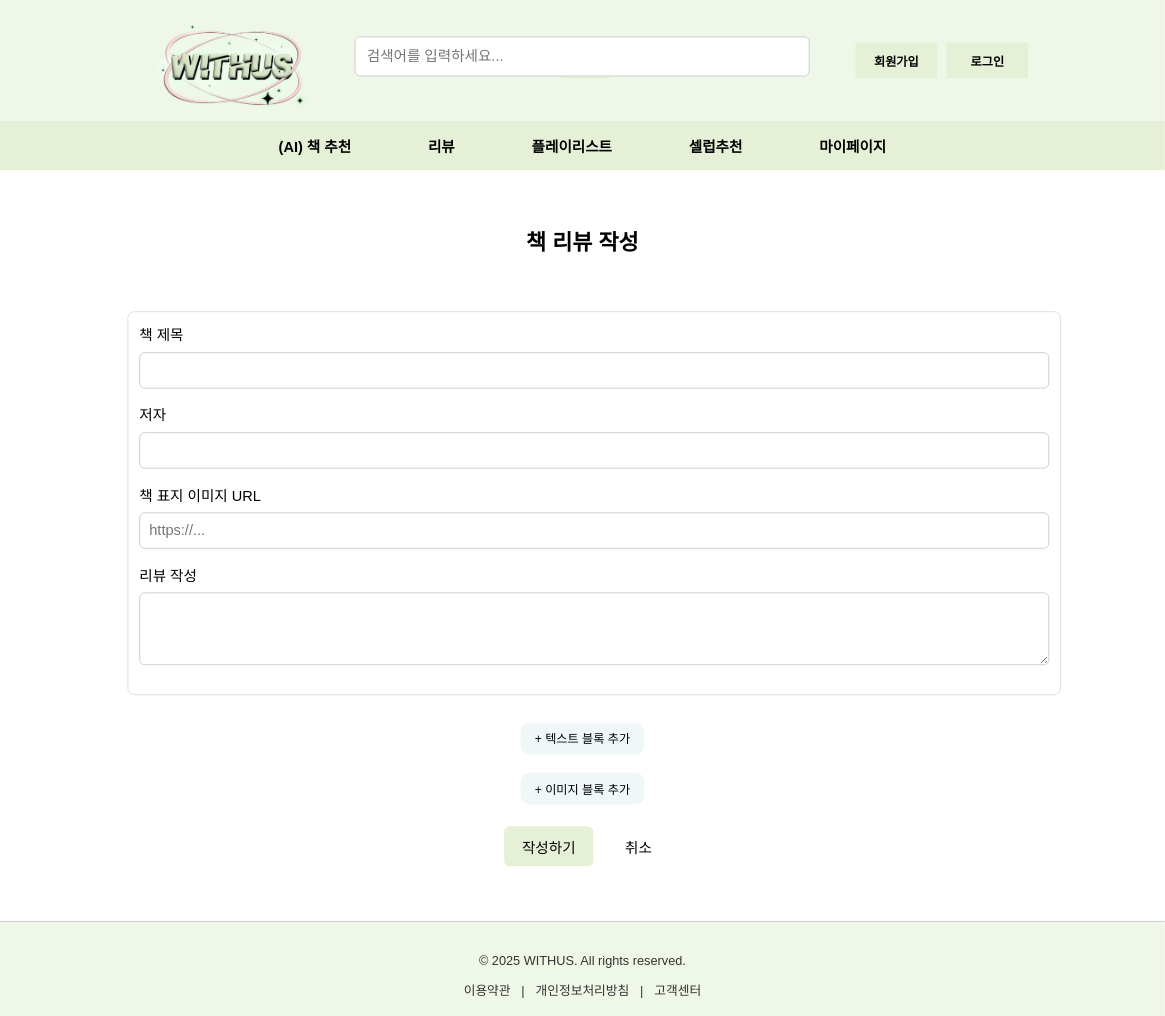
Repository: book-recommendation-team/book_recommendation_web_project
Page: http://localhost/2025_teamproject/reviewForm.jsp
An editor plug-in stored every save of this project. The page is shown before and after the next save, followed by the edit.
The browser window is 1280 px wide. The pictures show the whole page, at 91% of full size.
The page is served by Tomcat 9. Other server files are loaded and not shown.

Above is the page before, as saved 2025-07-04 03:31:54.

### 2025_teamproject/src/main/webapp/reviewForm.jsp
<%@ page contentType="text/html; charset=UTF-8" language="java"%>
<!DOCTYPE html>
<html>
<link rel="stylesheet"
	href="https://cdnjs.cloudflare.com/ajax/libs/font-awesome/6.5.0/css/all.min.css" />
<link rel="stylesheet" href="./css/celebList.css" />
<%@ include file="css/main_css.jsp"%>
<%@ include file="./main2.jsp" %>
<link rel="icon" href="img/icon2.png" type="image/x-icon">
<head>
<title>리뷰 작성</title>
<style>
body {
	font-family: 'Arial', sans-serif;
	margin: 0;
	padding: 0;
	background-color: #fff;
}

.container {
	max-width: 1000px;
	margin: 30px auto;
	padding: 0 16px;
}

h2 {
	text-align: center;
	margin: 60px;
}

input[type="text"], input[type="file"], textarea {
	box-sizing: border-box;
	width: 100%;
	padding: 10px;
	margin-top: 8px;
	margin-bottom: 16px;
	border: 1px solid #ccc;
	border-radius: 6px;
	font-size: 1rem;
}

.editor-block {
	width: 100%;
	border: 1px solid #ddd;
	padding: 12px;
	border-radius: 8px;
	margin-bottom: 12px;
	background-color: #fff;
}

.editor-block textarea {
	resize: vertical;
	min-height: 80px;
}

.editor-block input[type="file"] {
	background-color: #f4f4f4;
}

.button-box {
	text-align: center;
	margin-top: 24px;
}

.button-box button {
	padding: 10px 20px;
	font-size: 1rem;
	border: none;
	border-radius: 6px;
	margin-left: 10px;
	cursor: pointer;
}

.submit-btn {
	background-color: #e6f0d7;
	color: black;
}

.cancel-btn {
	background-color: #fff;
	color: black;
}

.add-block-btn {
	display: block;
	margin: 0 auto 20px;
	padding: 8px 16px;
	border-radius: 10px;
	background-color: #eff7f8;
	color: black;
	border: none;
	cursor: pointer;
}
</style>
</head>
<body>
	<div class="container">
		<h2>책 리뷰 작성</h2>
		<form action="submitReview" method="post"
			enctype="multipart/form-data">
			<div id="editor-area">
				<div class="editor-block">
					<label>책 제목</label> <input type="text" name="title" required>
					<label>저자</label> <input type="text" name="author" required>
					<label>책 표지 이미지 URL</label> <input type="text" name="coverImageUrl"
						placeholder="https://..." required> <label>리뷰 작성</label>
					<textarea name="reviewText" required></textarea>
				</div>
			</div>
		</form>
	</div>


	<!-- 블록 추가 버튼 -->
	<div style="text-align: center; margin-bottom: 20px;">
		<button type="button" class="add-block-btn"
			onclick="addEditorBlock('text')">+ 텍스트 블록 추가</button>
		<button type="button" class="add-block-btn"
			onclick="addEditorBlock('image')">+ 이미지 블록 추가</button>
	</div>

	<div class="button-box">
		<button type="submit" class="submit-btn">작성하기</button>
		<button type="button" class="cancel-btn" onclick="history.back()">취소</button>
	</div>
	</form>
	</div>

	<footer>
		<div class="footer-container">
			<p>&copy; 2025 WITHUS. All rights reserved.</p>
			<div class="footer-links">
				<a href="#">이용약관</a> | <a href="#">개인정보처리방침</a> | <a href="#">고객센터</a>
			</div>
		</div>
	</footer>

	<script>
	let blockCount = 1;

	function addEditorBlock(type) {
		blockCount++;
		const editorArea = document.getElementById("editor-area");

		const blockDiv = document.createElement("div");
		blockDiv.className = "editor-block";

		if (type === "text") {
			blockDiv.innerHTML = `
				<label>텍스트 입력</label>
				<textarea name="contentBlock${blockCount}_text"></textarea>
			`;
		} else if (type === "image") {
			blockDiv.innerHTML = `
				<label>이미지 업로드</label>
				<input type="file" name="contentBlock${blockCount}_image" accept="image/*">
			`;
		} else {
			alert("알 수 없는 블록 타입입니다.");
			return;
		}

		editorArea.appendChild(blockDiv);
	}
	</script>
</body>
</html>

### 2025_teamproject/src/main/webapp/css/main_css.jsp
<%@ page language="java" contentType="text/html; charset=UTF-8"
    pageEncoding="UTF-8"%>
<!DOCTYPE html>
<style>
  /* 기본 스타일 (기존 유지) */
body {
    font-family: 'Arial', sans-serif;
    margin: 0;
    padding: 0;
    background-color: #fff;
}

header {
    display: flex;
    justify-content: space-between;
    align-items: center;
    background-color: #eff7e8;
    padding: 0px;
}

#logo img {
    width: 200px;
    height: auto;
    margin-left: 150px;
}

#logo a img {
    cursor: pointer;
}

#search-box {
    padding: 12px;
    width: 500px;
    border: 1px solid #ccc;
    position: absolute;
    left: 50%;
    transform: translateX(-50%);
}

.search-group {
    position: absolute;
    left: 50%;
    transform: translateX(-50%);
    display: flex;
    align-items: center;
}

#search-btn {
    background-color: #e6f0d7;
    border: none;
    padding: 10px 16px;
    margin-left: 8px;
    font-weight: bold;
    cursor: pointer;
    border-radius: 4px;
}

#search-btn:hover {
    background-color: #cce0b8;
}

#logout-btn,
#user-buttons button {
    background-color: #e6f0d7;
    border: none;
    padding: 10px 16px;
    cursor: pointer;
    width: 90px;
    font-weight: bold;
}

nav {
    background-color: #e6f0d7;
    text-align: center;
    padding: 15px 0;
}

nav a {
    text-decoration: none;
    margin: 0 40px;
    color: #000;
    font-weight: bold;
}

nav a:hover {
    text-decoration: underline;
}

#user-buttons {
    display: flex;
    gap: 10px;
    margin-right: 150px;
}

.banner {
    position: relative;
    width: 100%;
    height: 650px;
    overflow: hidden;
      background-color: transparent;
}

.banner img {
    position: absolute;
    top: 0;
    left: 0;
    width: 100%;
    height: 100%;
    object-fit: cover;
    object-position: center center;
    z-index: 1;
}

.banner-controls {
    position: absolute;
    bottom: 10px;
    right: 10px;
    z-index: 3;
    display: flex;
    gap: 6px;
}

.banner-controls button {
    background-color: rgba(255, 193, 7, 0.9);
    border: none;
    padding: 6px 8px;
    font-size: 14px;
    border-radius: 5px;
    cursor: pointer;
    color: #000;
    transition: background-color 0.3s ease;
}

.banner-controls button:hover {
    background-color: rgba(255, 160, 0, 0.95);
}

.section-title {
    background-color: #e6f0d7;
    display: flex;
    justify-content: center;
    flex-wrap: wrap;
    gap: 34px;
    padding: 18px 0;
     width: 100%;        /* ✅ 추가 */
    margin: 8px 0;      /* ✅ 가운데 정렬 제거 */
}

.section-title a {
    text-decoration: none;
    margin: 0 20px;
    color: #000;
    font-weight: bold;
}

.section-title a:hover {
    text-decoration: underline;
}

.main_list {
    padding: 20px;
    text-align: center;
}

 .tag-list {
    display: flex;
    justify-content: center;
    flex-wrap: wrap;
    gap: 12px;
    margin: 20px 0;
}

.tag-button {
    background-color: #e6f0d7; /* 기본 연그린 */
    border: 1px solid transparent;
    padding: 8px 16px;
    border-radius: 20px;
    font-size: 14px;
    color: #446b3c; /* 그린 계열 텍스트 */
    cursor: pointer;
    font-weight: 600;
    transition: background-color 0.3s, color 0.3s, border 0.3s;
    outline: none;
}

.tag-button:hover {
    background-color: #d0e6c5;             /* hover 시 약간 더 진한 그린 */
    color: #2e4f25;
}

.tag-button.active {
    background-color: #c0dab0;             /* 클릭됐을 때 조금 더 강조 */
    border: 1px solid #8cb78a;             /* 테두리도 자연스러운 초록 */
    color: #2e4f25;                        /* 글자도 어울리는 진한 그린 */
}

.tag-button:focus {
    outline: none;
    box-shadow: none;
}

/* 책 슬라이더 스타일 */
.book-carousel {
    position: relative;
    max-width: 1000px;
    margin: 0 auto 40px auto;
    overflow: hidden;
}

.carousel-window {
    width: 1000px;
    overflow: hidden;
    margin: 0 auto;
}

.carousel-track {
    display: flex;
    transition: transform 0.5s ease;
}

/* 이전/다음 버튼 - 위치 고정, 색상 조정 */
.carousel-btn {
    position: absolute;
    top: 50%;
    transform: translateY(-50%);
    font-size: 26px;
    background-color: #f3f8ef;
    border: none;
    color: #444;
    cursor: pointer;
    padding: 8px 12px;
    border-radius: 50%;
    z-index: 2;
    display: flex;
    align-items: center;
    justify-content: center;
    transition: background-color 0.3s, color 0.3s;
    user-select: none;
}

.carousel-btn:hover {
    background-color: #c8dfb5;
    color: #000;
}

.carousel-btn.prev {
    left: 10px;
}

.carousel-btn.next {
    right: 10px;
}

.book-item {
    flex: 0 0 25%;
    text-align: center;
    padding: 10px;
    box-sizing: border-box;
}

.book-item img {
    width: 180px;
    height: 260px;
    object-fit: cover;
    border-radius: 6px;
}

.book-info {
    margin-top: 8px;
}

.book-title {
    font-size: 14px;
    font-weight: bold;
    margin-top: 10px;
    color: #444;
}

.book-author {
    font-size: 12px;
    color: #666;
}

footer {
    background-color: #eff7e8;
    color: #333;
    padding: 20px 0;
    text-align: center;
    font-size: 14px;
    border-top: 1px solid #ccc;
    margin-top: 60px;
}

.footer-container {
    max-width: 1000px;
    margin: 0 auto;
}

.footer-links a {
    color: #333;
    text-decoration: none;
    margin: 0 8px;
}

.footer-links a:hover {
    text-decoration: underline;
}

 /* 이전/다음 버튼 스타일 */
#carousel-prev-btn, #carousel-next-btn {
    font-size: 18px;
    padding: 5px 12px;
    margin: 10px 5px 20px 5px;
    cursor: pointer;
    border: 1px solid #446b3c;
    background: white;
    color: #446b3c;
    border-radius: 4px;
}
#carousel-prev-btn:hover, #carousel-next-btn:hover {
    background-color: #446b3c;
    color: white;
}
#scrollToTopBtn {
  position: fixed;
  bottom: 150px;
  right: 40px;
  width: 66px; /* 이미지와 딱 맞게 약간 키움 */
  height: 66px;
  background-color: transparent;
  border: none;
  border-radius: 0;
  transform: rotate(45deg);
  box-shadow: 0 4px 8px rgba(0, 0, 0, 0.15); /* 그림자 더 작고 약하게 */
  cursor: pointer;
  display: flex;
  justify-content: center;
  align-items: center;
  z-index: 999;
  transition: all 0.3s ease;
  backdrop-filter: blur(10px);
  padding: 0;
  margin-top: 0px; /* margin-top 제거 또는 0으로 */
}

#scrollToTopBtn img {
  width: 100%;
  height: 100%;
  object-fit: contain;
  transform: rotate(-45deg);
  display: block;
  transition: transform 0.3s ease;
  position: relative;
  top: 0;
  left: 0;
}

#scrollToTopBtn:hover {
  transform: rotate(45deg) translateY(2px); /* 움직임도 줄임 */
  box-shadow: 0 6px 10px rgba(0, 0, 0, 0.2); /* 호버시 그림자도 작게 */
}

#scrollToTopBtn:hover img {
  transform: scale(1.05) rotate(-45deg);
}

</style>

### 2025_teamproject/src/main/webapp/main2.jsp
<%@ page language="java" contentType="text/html; charset=UTF-8" pageEncoding="UTF-8"%>
<!DOCTYPE html>
<html>
<head>
    <meta charset="UTF-8">
    <title>WITHUS</title>
    <%@ include file="css/main_css.jsp" %>
    <link rel="icon" href="img/icon2.png" type="image/x-icon">
</head>

<script src="https://cdn.jsdelivr.net/npm/swiper@11/swiper-bundle.min.js"></script>

<body>
<header>
 <div id="logo">
  <a href="main.jsp">
    <img src="img/logo.png" alt="로고">
  </a>
</div>

  <div class="search-group">
    <input type="text" id="search-box" placeholder="검색어를 입력하세요..." />
    <button id="search-btn">검색</button>
  </div>
  <div id="user-buttons">
    <button id="join-btn" onclick="location.href='join.jsp'">회원가입</button>
    <button id="login-btn" onclick="location.href='Login.jsp'">로그인</button>
  </div>
</header>

	<nav>
		<a href="#">(AI) 책 추천</a> <a
			href="${pageContext.request.contextPath}/reviewList">리뷰</a> <a
			href="#">플레이리스트</a> <a
			href="${pageContext.request.contextPath}/celebList">셀럽추천</a> <a
			href="#">마이페이지</a>
	</nav>
</body>
</html>

### 2025_teamproject/src/main/webapp/css/celebList.css
@charset "UTF-8";

body {
	font-family: 'Arial', sans-serif;
	margin: 0;
	padding : 0;
	background-color: #fff;
	padding: 0;
}

.container {
	max-width: 1200px;
	margin: 30px auto;
}

.grid {
	display: grid;
	grid-template-columns: repeat(auto-fill, minmax(220px, 1fr));
	gap: 30px;
}

.card {
	margin-top: 20px;
	position: relative;
	background-color: #fff;
	border-radius: 5px;
	overflow: hidden;
	box-shadow: 0 4px 10px rgba(0, 0, 0, 0.08);
	transition: transform 0.2s ease;
	text-decoration: none;
	color: #000;
}

.card:hover {
	transform: translateY(-2px);
}

.card img {
	width: 100%;
	height: 260px;
	object-fit: cover;
}

.card-content {
	padding: 12px 14px;
}

.card-title {
	font-size: 1rem;
	font-weight: bold;
	margin-bottom: 5px;
}

.card-desc {
	font-size: 0.875rem;
	color: #555;
	line-height: 1.4;
	height: 2.6em;
	overflow: hidden;
	text-overflow: ellipsis;
}

/* 북마크 아이콘 */
.bookmark-icon {
	position: absolute;
	top: 12px;
	right: 12px;
	font-size: 1.2rem;
	color: rgba(255, 255, 255, 0.5);
	padding: 6px;
	border-radius: 50%;
	transition: color 0.2s ease;
}

.bookmark-icon:hover {
	color: #fff;
}

#topBtn {
	position: fixed;
	bottom: 40px;
	right: 40px;
	z-index: 9999;
	background-color: white;
	color: gray;
	border: none;
	border-radius: 50%;
	padding: 16px 18px;
	cursor: pointer;
	box-shadow: 0 8px 8px rgba(0,0,0,0.4);
	font-size: 1.5rem;
}

After the next save:
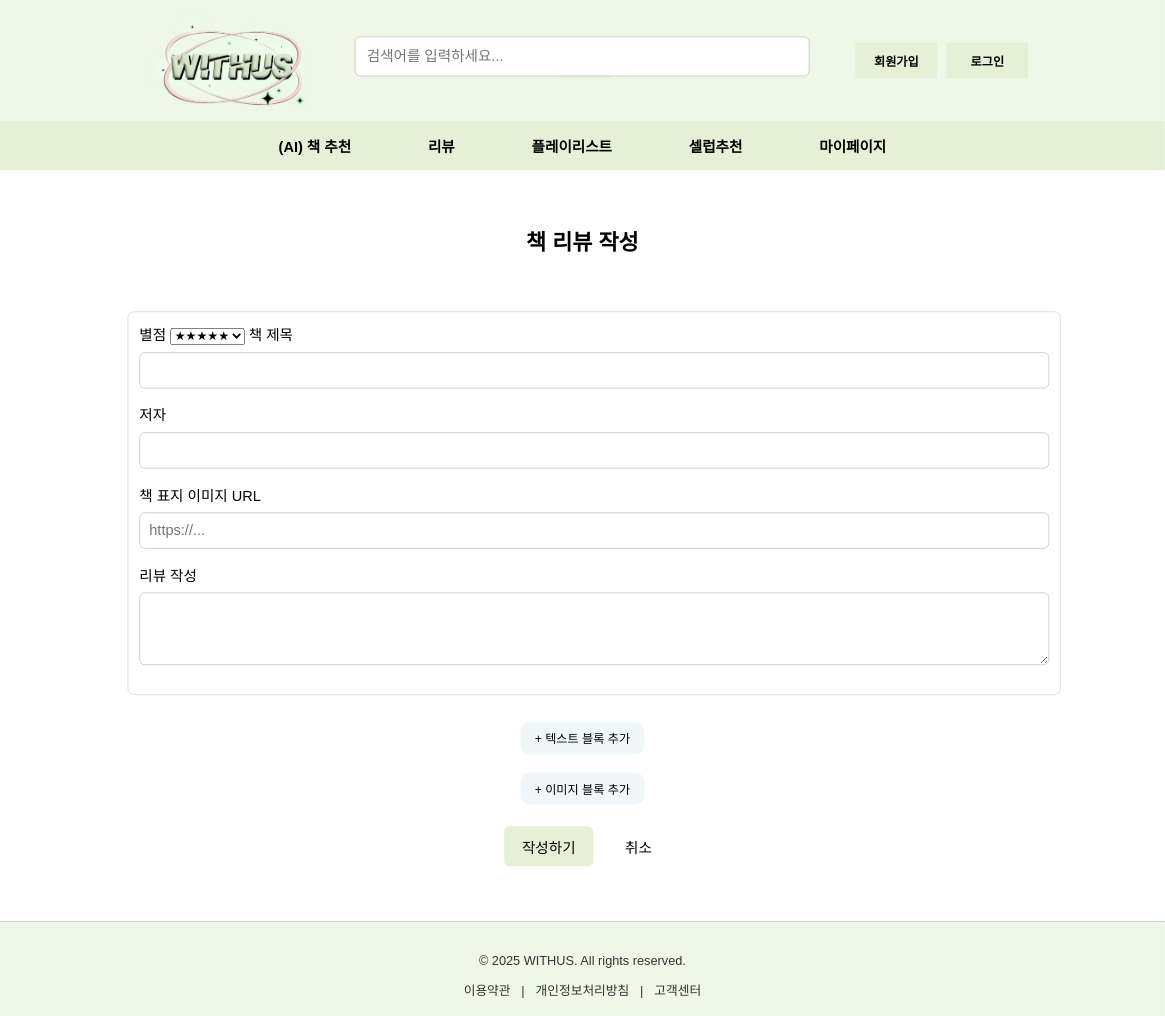
Saved 44 s later.
--- a/2025_teamproject/src/main/webapp/reviewForm.jsp
+++ b/2025_teamproject/src/main/webapp/reviewForm.jsp
@@ -100,6 +100,14 @@ input[type="text"], input[type="file"], textarea {
 			enctype="multipart/form-data">
 			<div id="editor-area">
 				<div class="editor-block">
+				<label>별점</label>
+<select name="rating" required>
+    <option value="5">★★★★★</option>
+    <option value="4">★★★★☆</option>
+    <option value="3">★★★☆☆</option>
+    <option value="2">★★☆☆☆</option>
+    <option value="1">★☆☆☆☆</option>
+</select>
 					<label>책 제목</label> <input type="text" name="title" required>
 					<label>저자</label> <input type="text" name="author" required>
 					<label>책 표지 이미지 URL</label> <input type="text" name="coverImageUrl"
